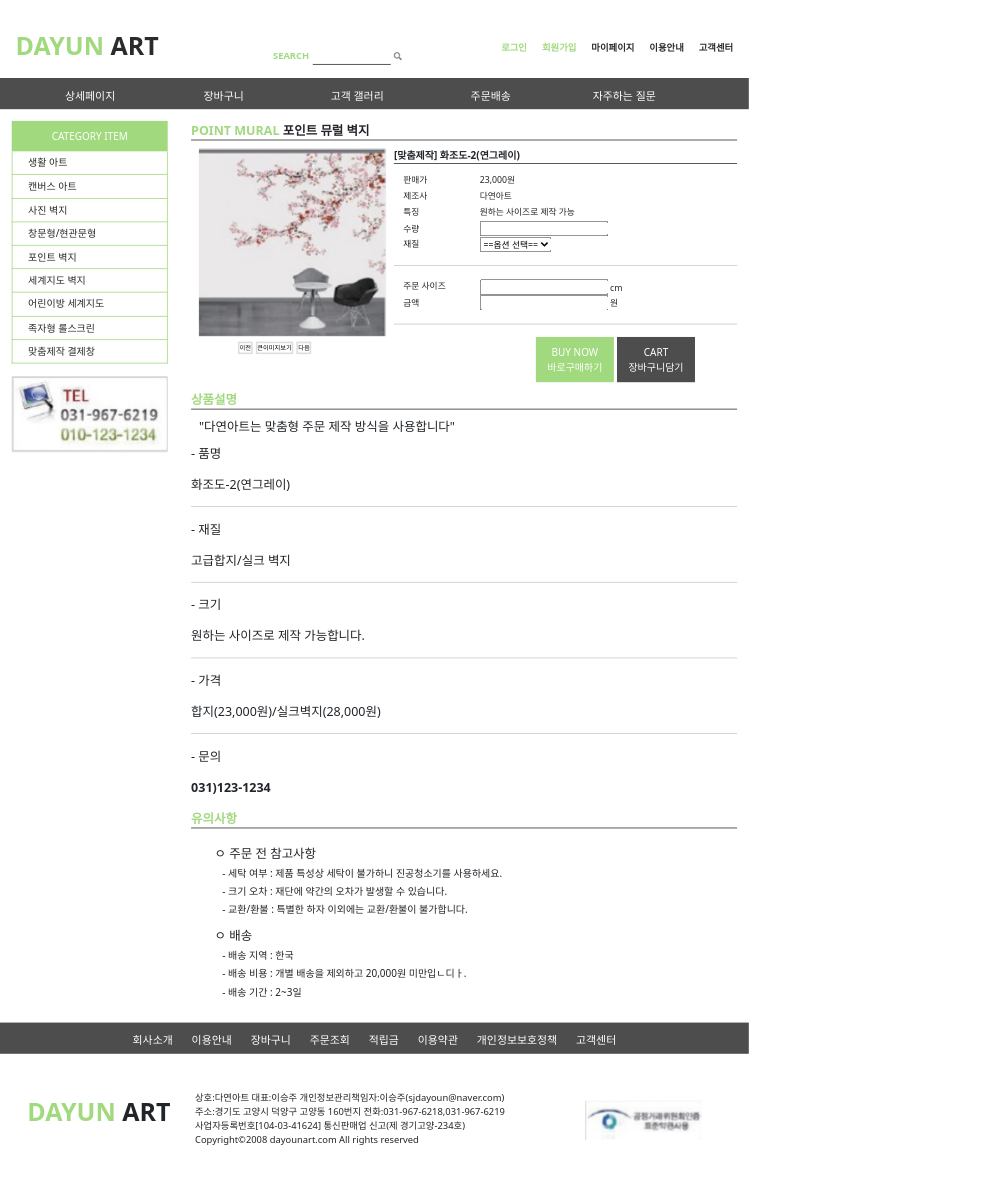
Repository: yeonddu/green_js
Page: pro01/public/bootstrap/product.html
The author's editor kept a copy of each file at every save. The page is drawn from the files as they stood at one save, then again after a run of saves.
The browser window is 1280 px wide. The pictures show the whole page, at 78% of full size.

Above is the page before, as saved 2022-12-27 07:38:03.

After the next 2 saves:
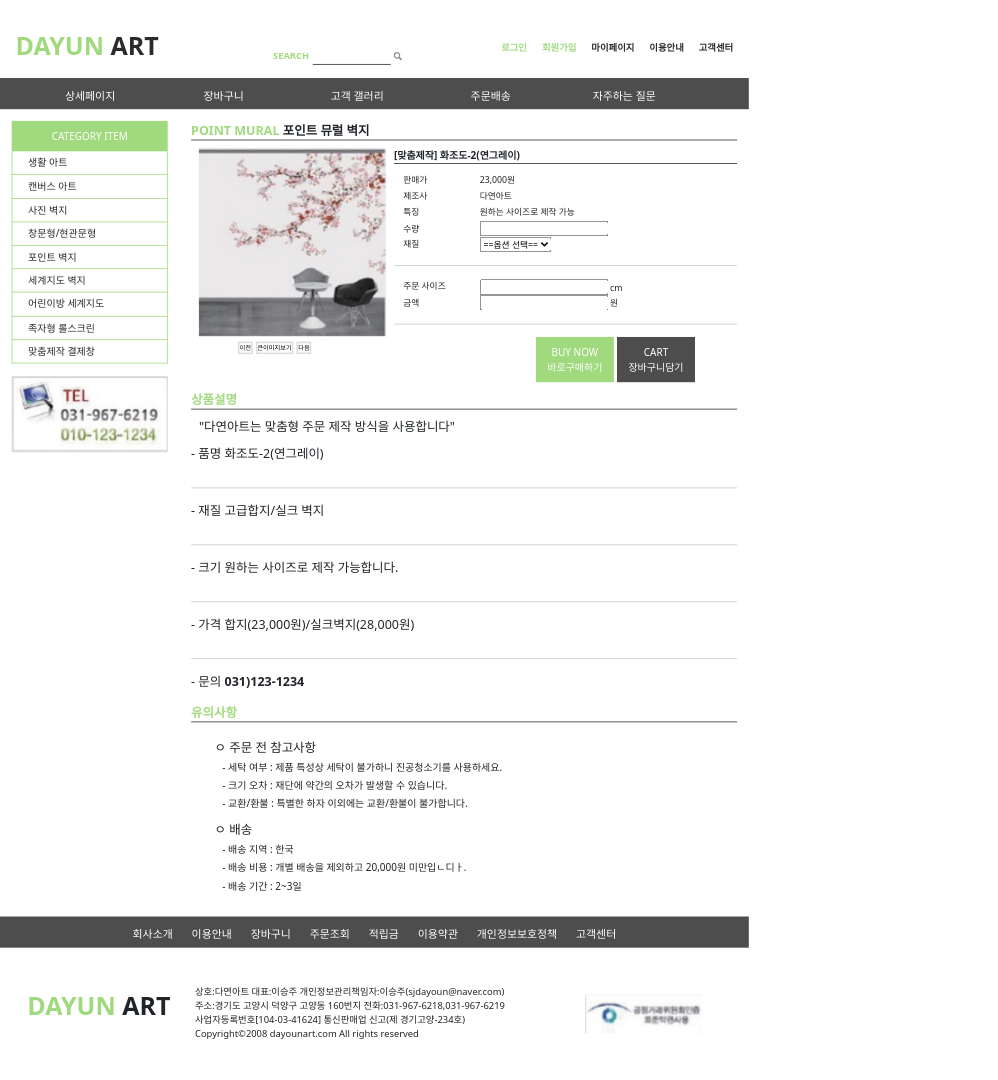
The 2 saves are shown as one change because they came seconds apart.
The last was saved 30 s later.
--- a/pro01/public/bootstrap/product.css
+++ b/pro01/public/bootstrap/product.css
@@ -127,6 +127,10 @@ section .product-title {
 #box2 #box2-title {
 	margin:10px;
 }
+
+#box2 #box2-content p {
+	display:inline-block;
+}
 /* #box2 table {
 	border:1px solid #2B2B2B;
 	border-top:2px solid #2B2B2B;
